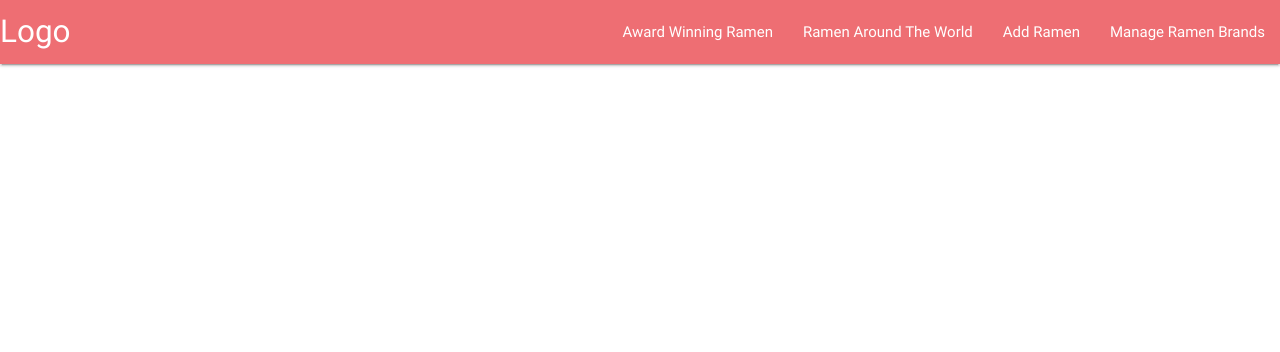
Repository: Paddlepop25/codeinstitute-insta-ramen
Page: http://localhost/
The author's editor kept a record of every edit. The page is drawn from the files as they stood at one moment, then again after the next edit.
The browser window is 1280 px wide. The pictures show the whole page.
Some web libraries are served in a nearby version. The page is served by the project's application, run on Flask 3 (app.py).

Above is the page before.

After the next edit:
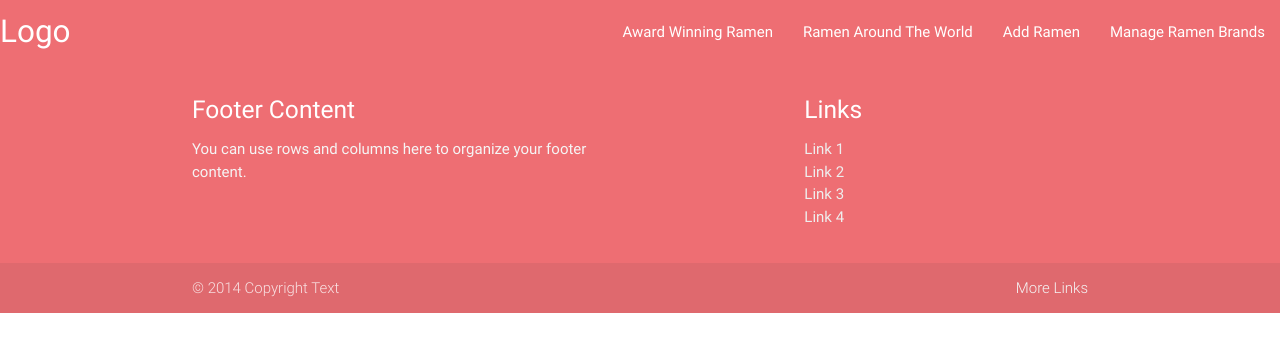
The edit:
--- a/templates/index.html
+++ b/templates/index.html
@@ -21,6 +21,31 @@
     </nav>
   </header>
   {% block content %} {% endblock %}
+  <footer class="page-footer">
+          <div class="container">
+            <div class="row">
+              <div class="col l6 s12">
+                <h5 class="white-text">Footer Content</h5>
+                <p class="grey-text text-lighten-4">You can use rows and columns here to organize your footer content.</p>
+              </div>
+              <div class="col l4 offset-l2 s12">
+                <h5 class="white-text">Links</h5>
+                <ul>
+                  <li><a class="grey-text text-lighten-3" href="#!">Link 1</a></li>
+                  <li><a class="grey-text text-lighten-3" href="#!">Link 2</a></li>
+                  <li><a class="grey-text text-lighten-3" href="#!">Link 3</a></li>
+                  <li><a class="grey-text text-lighten-3" href="#!">Link 4</a></li>
+                </ul>
+              </div>
+            </div>
+          </div>
+          <div class="footer-copyright">
+            <div class="container">
+            © 2014 Copyright Text
+            <a class="grey-text text-lighten-4 right" href="#!">More Links</a>
+            </div>
+          </div>
+        </footer>
   <script src="https://cdnjs.cloudflare.com/ajax/libs/jquery/3.2.1/jquery.min.js"></script>
   <script src="https://cdnjs.cloudflare.com/ajax/libs/materialize/0.100.2/js/materialize.min.js"></script>
   <!--<script type="text/javascript" src="./static/scripts/app.js"></script>-->
